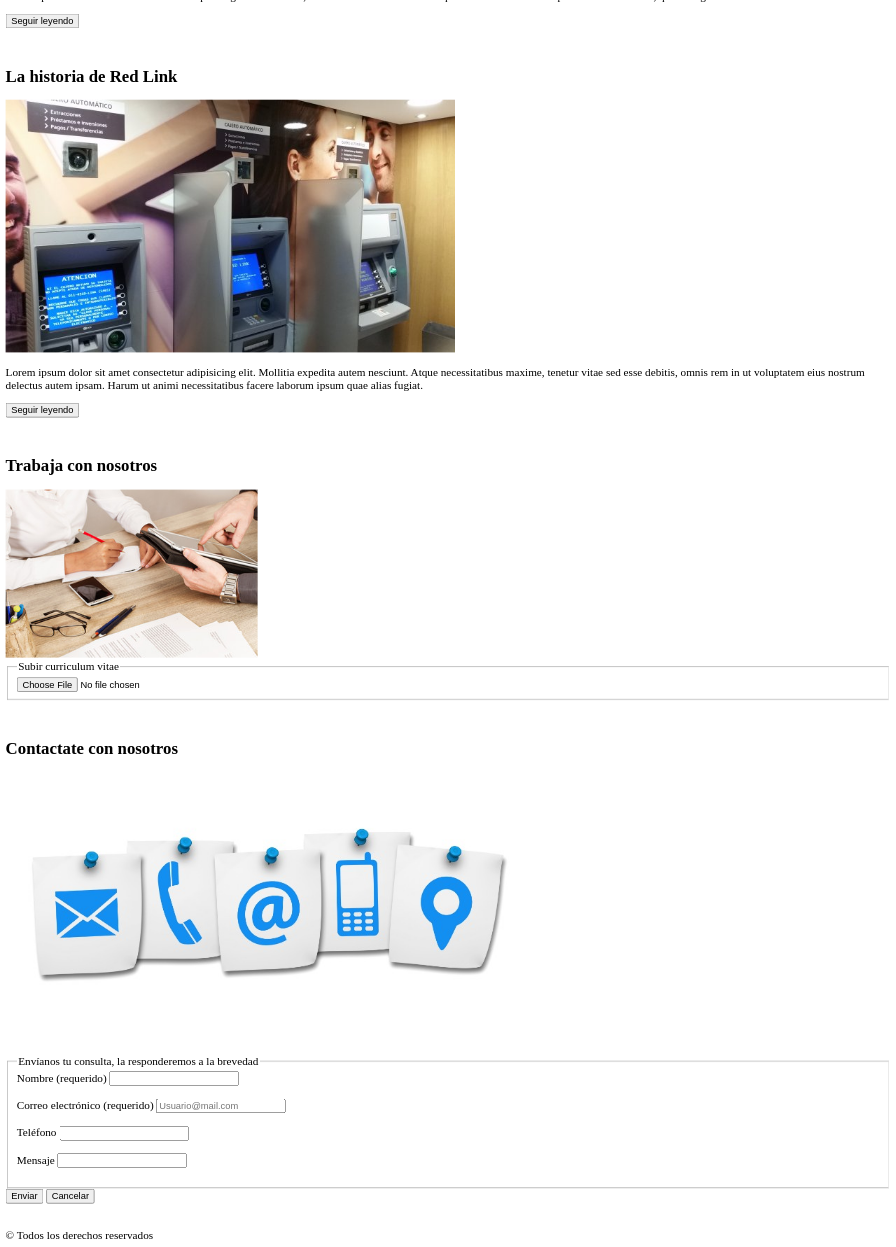
Repository: Juan241/RedLink
Page: index.html
These files come from the project's save history. The page is drawn as it stood at one moment and after the next save; the edit follows.
The browser window is 1280 px wide. The pictures show the part of the page from y = 1529 to 3449 px (the page is 3310 px tall before and 3449 px after), at 70% of full size.

Above is the page before, as saved 2019-07-22 13:32:44.

### index.html
<!DOCTYPE html>
<html lang="es">
<head>
    <meta charset="UTF-8">
    <meta name="viewport" content="width=device-width, initial-scale=1.0">
    <meta http-equiv="X-UA-Compatible" content="ie=edge">
    <title>Mi primer Pagina</title>
</head>
<body>
    <nav>
        <ul>
            <li><a href="#Introduccion">INTRODUCCION</a></li>
            <li><a href="#Somos">¿QUIENES SOMOS?</a></li>
            <li><a href="#Historia">HISTORIA</a></li>
            <li><a href="#Trabajo">TRABAJA CON NOSOTROS</a></li>
            <li><a href="#Contactos">CONTACTATE CON NOSOTROS</a></li>
        </ul>
    </nav>
    <header>

        <img src="img/header.jpg" alt="header">
        <h1>BIENVENIDO A MI PRIMER PAGINA WEB</h1>
        <p>Una página para poder mostrar la estructura del html</p>

    </header>

    <section id="Introduccion">
        <h2>Video Introductorio Red Link 30 años</h2>
        <iframe width="560" height="315" src="https://www.youtube.com/embed/E547EzEdmy8"
        frameborder="0" allow="accelerometer; autoplay; encrypted-media; gyroscope;
        picture-in-picture" allowfullscreen></iframe>
    </section>
   <section>
       <article id="Somos">
            <h2>Nosotros somos</h2>
            <img src="img/img_1.jpg" alt="personas">
            <p>Lorem ipsum dolor sit amet consectetur adipisicing elit.
            Doloribus, ut dolorum incidunt nam cumque deleniti nesciunt voluptate.
            Est omnis error, quam magnam rem delectus nam.
            </p>
            <input type="button" value="Seguir leyendo"></input>
       </article>
       <br/>
       <br/>
   </section>
   <section>
       <article id="Historia">
            <h2>La historia de Red Link</h2>
            <img src="img/img_2.jpg" alt="historia">
            <p>Lorem ipsum dolor sit amet consectetur adipisicing elit.
            Mollitia expedita autem nesciunt. Atque necessitatibus maxime,
            tenetur vitae sed esse debitis, omnis rem in ut voluptatem eius nostrum delectus
            autem ipsam. Harum ut animi necessitatibus facere laborum ipsum quae alias fugiat.</p>
            <input type="button" value="Seguir leyendo">
       </article>
       <br/>
       <br/>
   </section>
   <Section id="Trabajo">
       <article>
            <h2>Trabaja con nosotros</h2>
            <img src="img/img_3.jpg" alt="trabaja con nosotros">
            <fieldset class="form-group">
                <legend>Subir curriculum vitae</legend>
                <input type="file" name="archivo" />
             </fieldset>
       </article>
       <br/>
       <br/>
   </Section>
   <section>
       <article id="Contactos">
            <h2>Contactate con nosotros</h2>
            <img src="img/img_4.jpg" alt="contactos">

            <form action="" method="POST">
                <fieldset class="form-group">
                    <legend>Envíanos tu consulta, la responderemos a la brevedad</legend>
                    <label for="nombre">Nombre (requerido)</label>
                    <input type="text" name="nombre" required>
                    <br/>
                    <br/>
                    <label for="email">Correo electrónico (requerido)</label>
                    <input type="email" name="email" placeholder="Usuario@mail.com" required >
                    <br/>
                    <br/>
                    <label for="telefono">Teléfono</label>
                    <input type="tel" name="telefono"  pattern="[0-9]{9}">
                    <br/>
                    <br/>
                    <label for="mensaje">Mensaje</label>
                    <input type="textarea" name="mensaje">
                    <br/>
                    <br/>
                </fieldset>
                <button type="submit" class="btn btn-primary">Enviar</button>
                <button type="button" class="btn btn-cancel">Cancelar</button>
            </form>
       </article>
       <br/>
       <br/>
   </section>

   <footer> &copy; Todos los derechos reservados</footer>
</body>
</html>

After the next save:
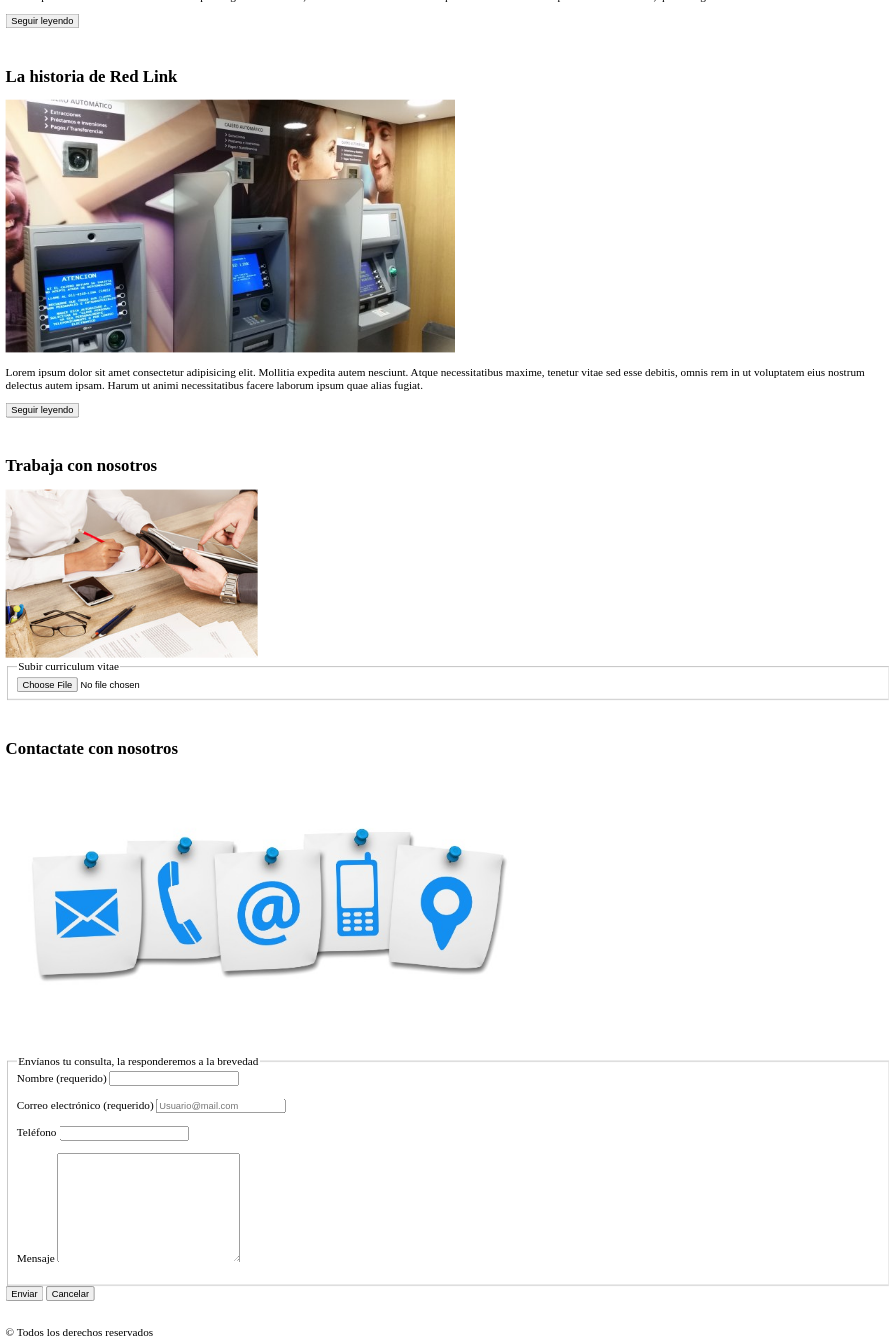
Saved 90 s later.
--- a/index.html
+++ b/index.html
@@ -89,7 +89,7 @@
                     <br/>
                     <br/>
                     <label for="mensaje">Mensaje</label>
-                    <input type="textarea" name="mensaje">
+                    <textarea name="mensaje" id="mensaje" cols="30" rows="10"></textarea>
                     <br/>
                     <br/>
                 </fieldset>
